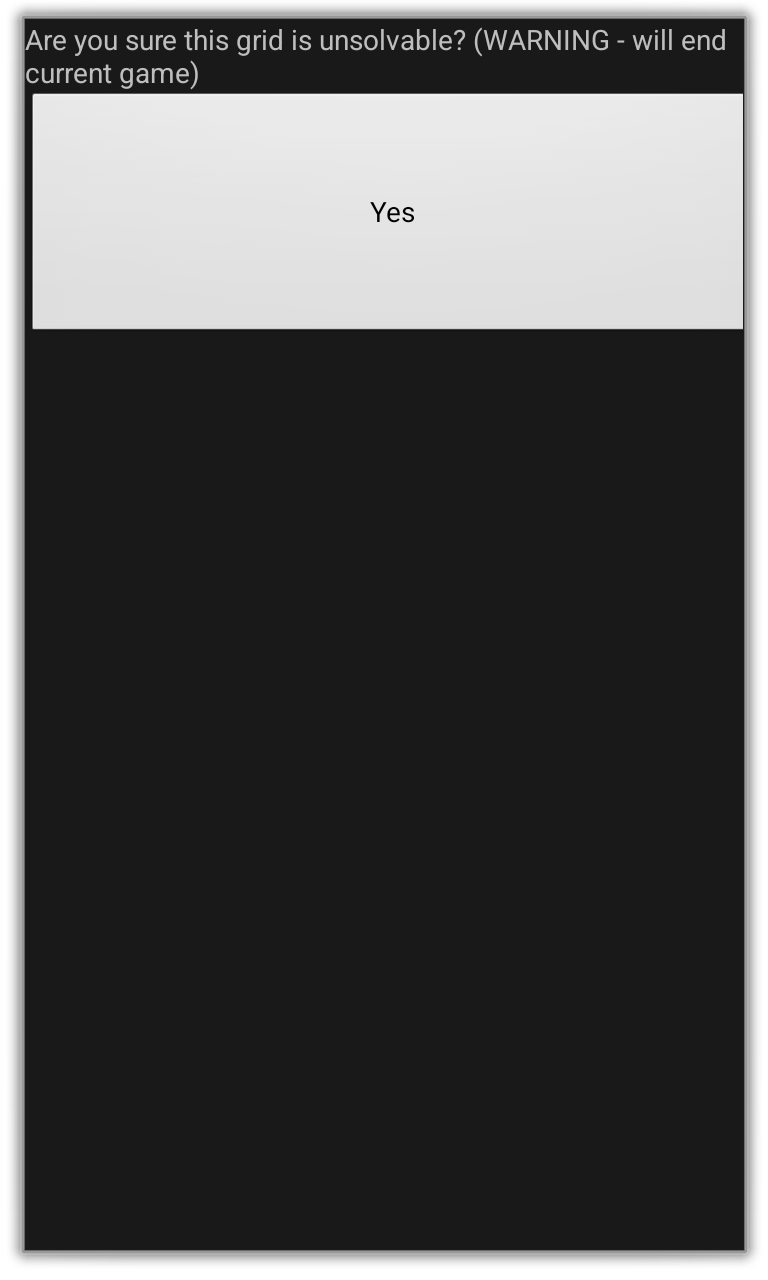
Repository: rickydalziel/project
Layout: Numbersorter/res/layout/activity_unsolve_dialog.xml
The author's editor kept a copy of each file at every save. The layout is drawn from the files as they stood at one save, then again after the next save.
It is drawn on a 768 x 1280 px phone screen (xhdpi) without system bars, with theme android:Theme.Dialog; the app's code is not run.

Above is the layout before, as saved 2013-03-07 13:38:46.

### Numbersorter/res/layout/activity_unsolve_dialog.xml
<?xml version="1.0" encoding="utf-8"?>


      <TableLayout xmlns:android="http://schemas.android.com/apk/res/android"
	        android:layout_width="fill_parent"
			android:layout_height="fill_parent"
	        android:orientation="vertical"
	        android:shrinkColumns="0,1">

       <TableRow>

	    <TextView
	        android:layout_width="fill_parent"
	        android:layout_height="wrap_content"
	        android:layout_gravity="center"
	        android:text="@string/unsolveable" />

        </TableRow>

       <TableRow>

	       <Button
	           android:id="@+id/unsolve_yes_button"
	           android:layout_width="fill_parent"
	           android:layout_height="fill_parent"
	           android:text="@string/yes"
	           android:onClick="yesPressed"/>

	        <Button
	           android:id="@+id/unsolve_cancel_button"
	           android:layout_width="fill_parent"
	           android:layout_height="fill_parent"
	           android:text="@string/cancel"
	           android:onClick="cancelPressed"  />

        </TableRow>

       </TableLayout>

### Numbersorter/res/values/strings.xml
<?xml version="1.0" encoding="utf-8"?>
<resources>

    <!-- Main menu strings -->

    <string name="app_name">Numbersorter</string>
    <string name="main_menu">Main Menu</string>
    <string name="menu_settings">Settings</string>
    <string name="title_activity_main">Number Sorter</string>
    <string name="new_game">New Game</string>
    <string name="continue_game">Continue</string>
    <string name="about">About</string>
    <string name="exit_game">Exit</string>

    <!-- About scree strings -->

    <string name="about_app">About Numbersorter</string>
    <string name="about_text">	    Numbersorter is a program written and desgned by Ricky Dalziel, for his 4th year honours project.
	    The aim of the game is to swipe a mxn grid of numbers into position so that they read from 1 - (m*n).
	</string>
    <string name="hello_world">Hello world!</string>
    <string name="title_activity_about">AboutActivity</string>

    <!-- New game dialog strings -->

    <string name="newgametext">Please select a board width and height</string>
    <string name="height">Height</string>
    <string name="width">Width</string>
    <string name="cancel">Cancel</string>

    <!-- Array options for the dialog box -->

    <string-array name="size_array">
        <item>3</item>
        <item>4</item>
        <item>5</item>
        <item>6</item>
    </string-array>

    <string name="title_activity_game">Game</string>
    <string name="title_activity_unsolve_dialog">Unsolveable?</string>
    <string name="unsolveable">Are you sure this grid is unsolvable? (WARNING -  will end current game)</string>
    <string name="yes">Yes</string>
    <string name="no">No</string>

</resources>

After the next save:
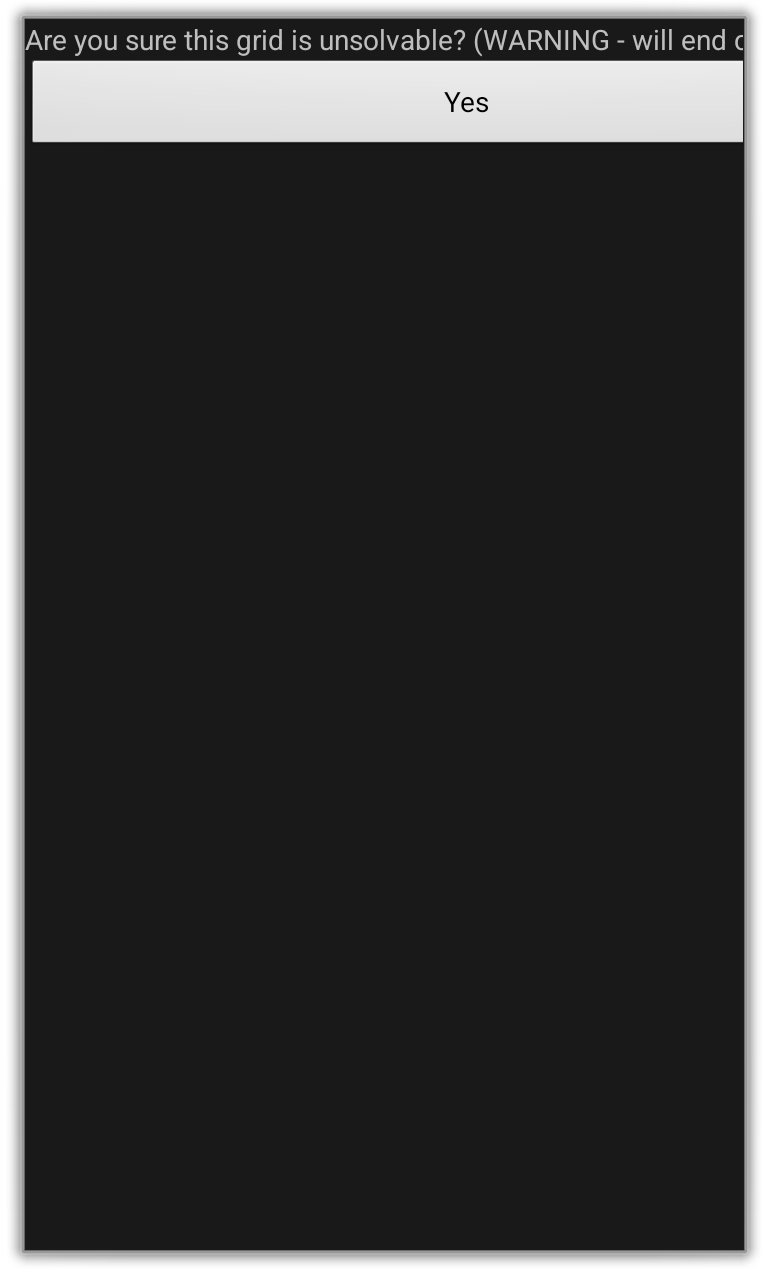
Saved 38 s later.
--- a/Numbersorter/res/layout/activity_unsolve_dialog.xml
+++ b/Numbersorter/res/layout/activity_unsolve_dialog.xml
@@ -5,7 +5,7 @@
 	        android:layout_width="fill_parent"
 			android:layout_height="fill_parent"
 	        android:orientation="vertical"
-	        android:shrinkColumns="0,1">
+	        android:stretchColumns="0,1">
 
        <TableRow>
 
